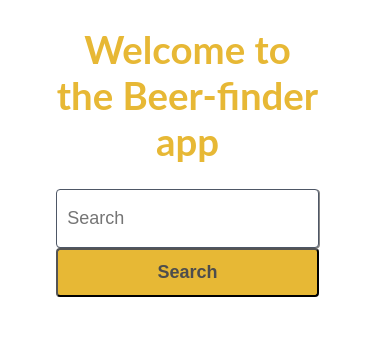
Repository: marcinszymaszek/beer-finder
Page: /
These files come from the project's save history. The page is drawn as it stood at one moment and after the next save; the edit follows.
The browser window is 375 px wide. The pictures show the whole page.
The project was rebuilt for these pictures with package versions that can differ from the ones it lists, and the page was loaded fresh each time.

Above is the page before, as saved 2020-05-10 20:37:52.

After the next save:
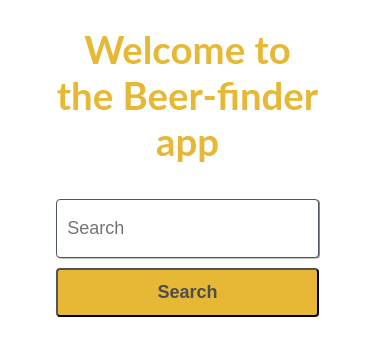
Saved 6 s later.
--- a/src/components/search/Search.css
+++ b/src/components/search/Search.css
@@ -37,7 +37,7 @@ input {
 @media (max-width: 576px)  {
     input {
         width: 100%;
-        margin: 0px;
+        margin: 10px 0px;
         padding: 18px 10px;
     }
 
